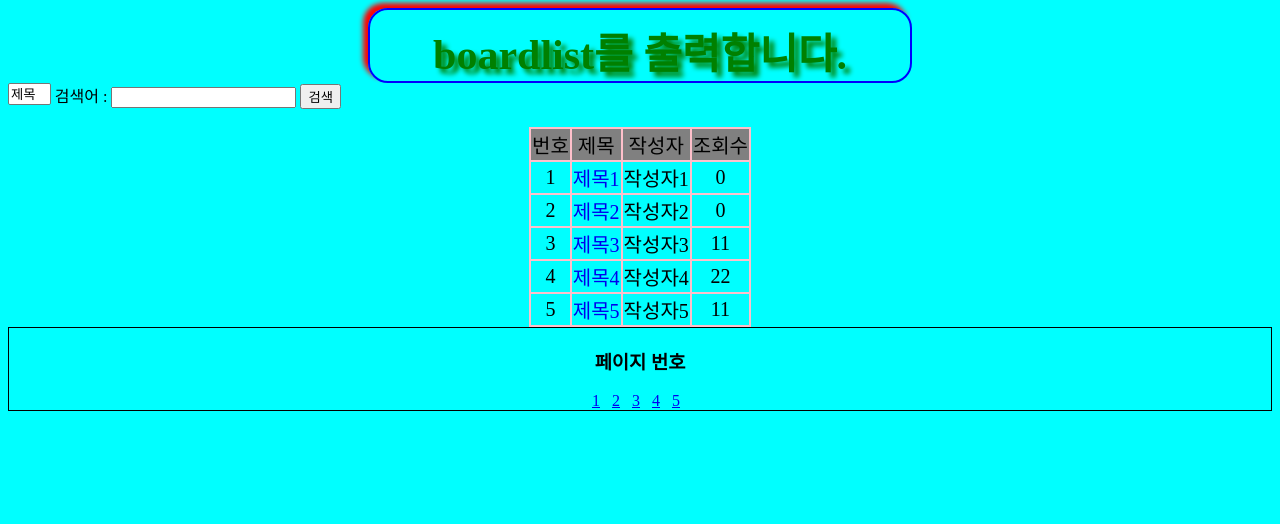
Repository: younseochoi/AI_PLATFORM
Page: my_code/03_web/html/src/main/webapp/boardlist.html
These files come from the project's save history. The page is drawn as it stood at one moment and after the next save; the edit follows.
The browser window is 1280 px wide. The pictures show the whole page.

Above is the page before, as saved 2022-07-25 08:22:05.

### my_code/03_web/html/src/main/webapp/boardlist.html
<!DOCTYPE html>
<html>
<head>
<meta charset="UTF-8">
<title>게시물리스트입니다.</title>
<style type="text/css">
body{
	background-color: aqua;
}

#title{
/* 제목 파랑박스 가로 중앙정렬/ 빨강음영 / 모서리 둥글게/ 텍스트 녹색 중앙정렬 */
	border: 2px solid blue;
	border-radius: 20px;
	color:green;
	font-size: 42px ;
	margin:0 auto ;
	box-shadow: -5px -5px 5px red;
	text-shadow: 5px 5px 5px green;
	text-align: center;
	width: 500px;
	padding :10px 20px 0px 20px ;
}

table{ margin:0 auto; text-align: center; border-collapse: collapse; font-size: 20px; }
tr{border: 2px solid pink; margin:0;}
th{border: 2px solid pink; margin:0;background-color: gray; font-weight: normal;}
td{border: 2px solid pink; margin:0;}
td a{
	text-decoration: none;
}
#page-num{
	border: 1px solid black;
	text-align: center;
}
#page-num>h1{
	font-size: 40px;

}
</style>
</head>
<body>
<div id="title-box">
<h1 id="title">boardlist를 출력합니다.</h1>
</div>
<form action="boardsearch.html">
<div>
	<select name="item" multiple="multiple" size ="1" lang="1">
		<option value = "title">제목</option>
		<option value ="contents">내용</option>
		<option value="writer">작성자</option>
	</select>
	검색어 : <input type="text" name= "keyword">
			<input type = "submit" value="검색">
</div>
</form>
<br>
<div id="table-box">
<table>
	<tr>
		<th>번호</th>
		<th>제목</th>
		<th>작성자</th>
		<th>조회수</th>
	</tr>
	<tr>
		<td>1</td>
		<td><a href="boarddetail.html">제목1</a></td>
		<td>작성자1</td>
		<td>0</td>
	</tr>
	<tr>
		<td>2</td>
		<td><a href="boarddetail.html">제목2</a></td>
		<td>작성자2</td>
		<td>0</td>
	</tr>
	<tr>
		<td>3</td>
		<td><a href="boarddetail.html">제목3</a></td>
		<td>작성자3</td>
		<td>11</td>
	</tr>
	<tr>
		<td>4</td>
		<td><a href="boarddetail.html">제목4</a></td>
		<td>작성자4</td>
		<td>22</td>
	</tr>
	<tr>
		<td>5</td>
		<td><a href="boarddetail.html">제목5</a></td>
		<td>작성자5</td>
		<td>11</td>
	</tr>
</table>
</div>
<div id="page-num">
	<h3>페이지 번호</h3>
	<a href="boardlist.html">1</a> &nbsp;
	<a href="boardlist.html">2</a> &nbsp;
	<a href="boardlist.html">3</a> &nbsp;
	<a href="boardlist.html">4</a> &nbsp;
	<a href="boardlist.html">5</a> &nbsp;
</div>
</body>
</html>

After the next save:
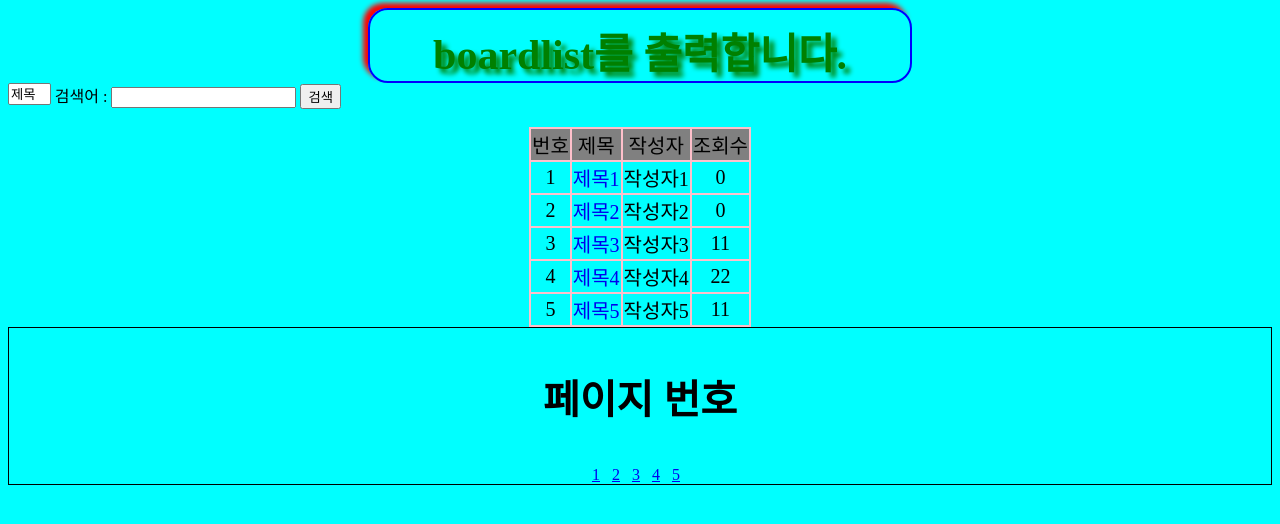
Saved 21 s later.
--- a/my_code/03_web/html/src/main/webapp/boardlist.html
+++ b/my_code/03_web/html/src/main/webapp/boardlist.html
@@ -33,7 +33,7 @@ td a{
 	border: 1px solid black;
 	text-align: center;
 }
-#page-num>h1{
+#page-num h3{
 	font-size: 40px;
 
 }
